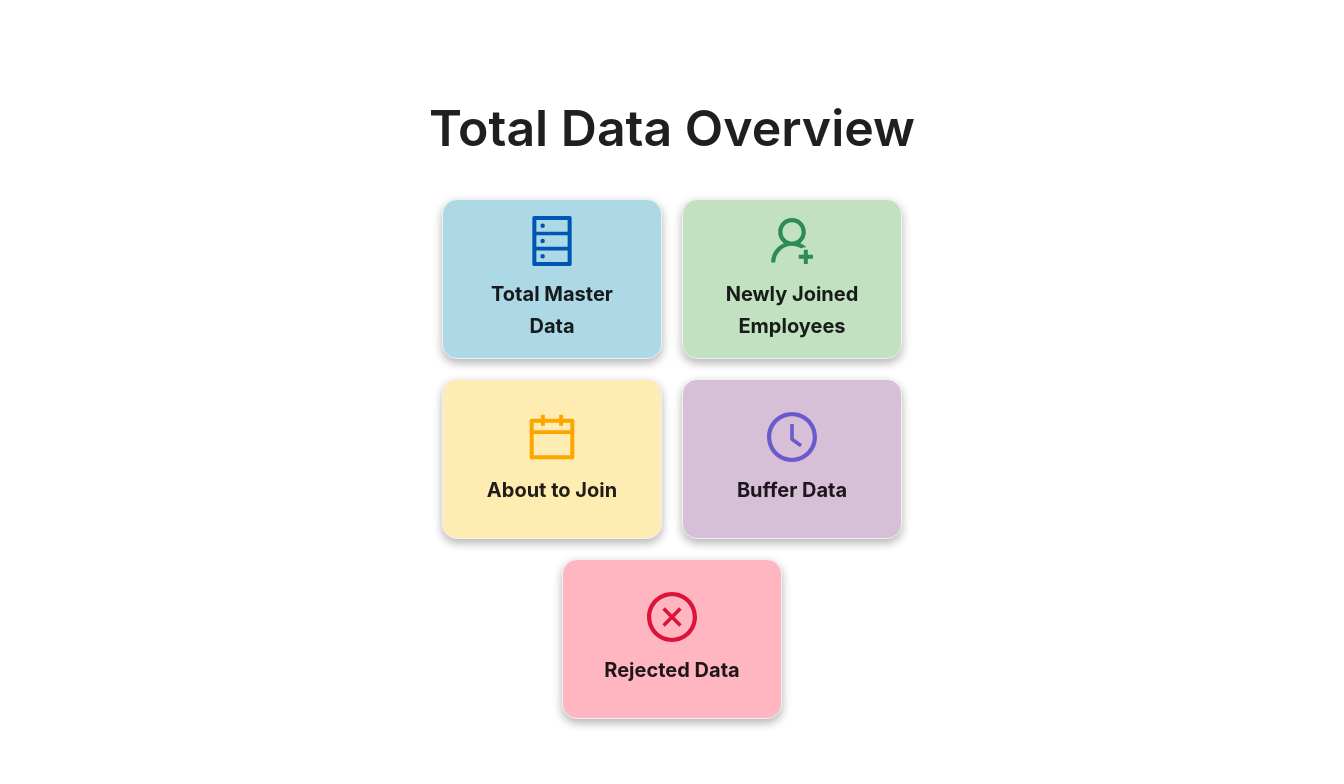
Repository: Moqueed/Delta_Iot
Page: /total-data (app in client/)
The author's editor kept a copy of each file at every save. The page is drawn from the files as they stood at one save, then again after the next save.
The browser window is 1280 px wide. The page is 1344 px wide, so the pictures cover 1344 px, including what lies to the right of the window. The pictures show the whole page.
The project was rebuilt for these pictures with package versions that can differ from the ones it lists, and the page was loaded fresh each time. Also part of the build but not shown: client/vite.config.js, client/src/api/index.js, client/src/api/users.js, client/src/pages/Register/index.jsx, client/src/pages/Login/index.jsx, client/src/components/ProtectedRoute.jsx, client/src/pages/HR/HRDashboard.jsx, client/src/pages/Admin/AdminDashboard.jsx.

Above is the page before, as saved 2025-03-13 23:05:49.

### client/src/App.jsx
import { Route, Routes } from "react-router-dom";
import "./App.css";
import RegisterPage from "./pages/Register";
import LoginPage from "./pages/Login";
import ProtectedRoute from "./components/ProtectedRoute";
import HRDashboard from "./pages/HR/HRDashboard";
import AdminDashboard from "./pages/Admin/AdminDashboard";
import TotalDataPage from "./pages/HR/TotalDataPage";

function App() {
  return (
    <>
      <Routes>
        <Route path="/register" element={<RegisterPage />} />
        <Route path="/login" element={<LoginPage />} />
        <Route
          path="/hr-dashboard"
          element={
            <ProtectedRoute role="HR">
              <HRDashboard />
            </ProtectedRoute>
          }
        />
        <Route
          path="/admin-dashboard"
          element={
            <ProtectedRoute role="Admin">
              <AdminDashboard />
            </ProtectedRoute>
          }
        />
        <Route path="*" element={<LoginPage />} />
        <Route path="/total-data" element={<TotalDataPage/>}/>
      </Routes>
    </>
  );
}

export default App;

### client/src/pages/HR/TotalDataPage.jsx
import React from "react";
import { Card, Typography } from "antd";
import { DatabaseOutlined, UserAddOutlined, CalendarOutlined, ClockCircleOutlined, CloseCircleOutlined } from "@ant-design/icons";

const { Title } = Typography;

const TotalDataPage = () => {
  const sections = [
    { title: "Total Master Data", color: "#ADD8E6", icon: <DatabaseOutlined style={{ fontSize: "50px", color: "#0056b3" }} /> },
    { title: "Newly Joined Employees", color: "#C1E1C1", icon: <UserAddOutlined style={{ fontSize: "50px", color: "#2E8B57" }} /> },
    { title: "About to Join", color: "#FFECB3", icon: <CalendarOutlined style={{ fontSize: "50px", color: "#FFA500" }} /> },
    { title: "Buffer Data", color: "#D8BFD8", icon: <ClockCircleOutlined style={{ fontSize: "50px", color: "#6A5ACD" }} /> },
    { title: "Rejected Data", color: "#FFB6C1", icon: <CloseCircleOutlined style={{ fontSize: "50px", color: "#DC143C" }} /> },
  ];

  const cardStyle = {
    width: "220px",
    height: "160px",
    display: "flex",
    flexDirection: "column",
    alignItems: "center",
    justifyContent: "center",
    borderRadius: "15px",
    boxShadow: "0 4px 10px rgba(0, 0, 0, 0.3)",
    fontWeight: "bold",
    fontSize: "20px",
    cursor: "pointer",
    transition: "transform 0.3s ease, box-shadow 0.3s ease",
  };

  const handleHover = (e) => {
    e.currentTarget.style.transform = "scale(1.1)";
    e.currentTarget.style.boxShadow = "0 8px 20px rgba(0, 0, 0, 0.5)";
  };

  const handleLeave = (e) => {
    e.currentTarget.style.transform = "scale(1)";
    e.currentTarget.style.boxShadow = "0 4px 10px rgba(0, 0, 0, 0.3)";
  };

  return (
    <div
      style={{
        height: "100vh",
        width: "100vw",
        display: "flex",
        flexDirection: "column",
        alignItems: "center",
        justifyContent: "center",
        backgroundColor: "#ffffff",
        gap: "20px",
        overflow: "hidden",
      }}
    >
      <Title level={1} style={{ marginBottom: "20px", fontSize: "50px" }}>
        Total Data Overview
      </Title>

      <div style={{
        display: "grid",
        gridTemplateColumns: "1fr 1fr",
        gridTemplateRows: "1fr 1fr 1fr",
        gap: "20px",
        justifyItems: "center",
        alignItems: "center"
      }}>
        {sections.map((section, index) => (
          <Card
            key={index}
            style={{ ...cardStyle, backgroundColor: section.color, gridColumn: index === 4 ? "1 / 3" : "auto" }}
            onMouseEnter={handleHover}
            onMouseLeave={handleLeave}
          >
            {section.icon}
            <div style={{ marginTop: "10px" }}>{section.title}</div>
          </Card>
        ))}
      </div>
    </div>
  );
};

export default TotalDataPage;

Loaded but not shown: client/index.html (common file); client/src/main.jsx (common file); client/src/index.css (common file); client/src/App.css (common file)

After the next save:
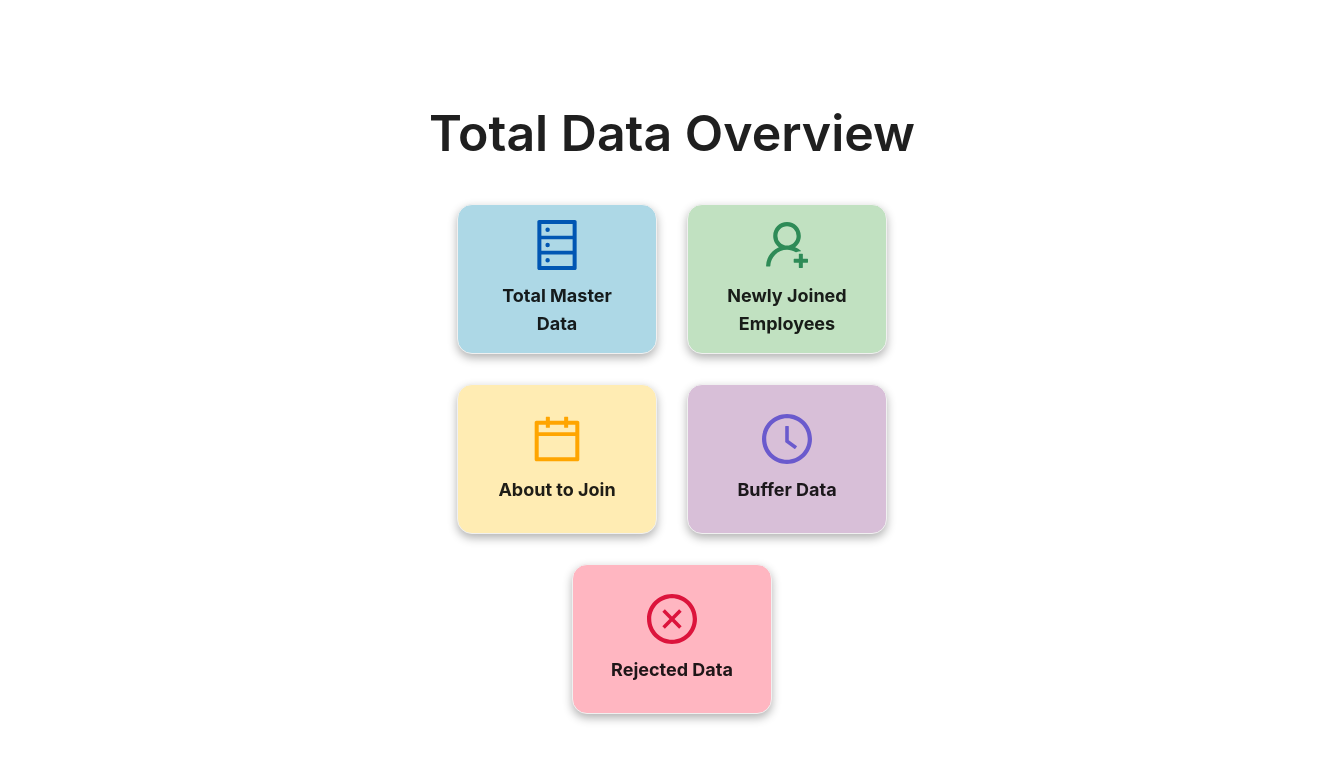
Saved 110 s later.
--- a/client/src/pages/HR/TotalDataPage.jsx
+++ b/client/src/pages/HR/TotalDataPage.jsx
@@ -14,8 +14,8 @@ const TotalDataPage = () => {
   ];
 
   const cardStyle = {
-    width: "220px",
-    height: "160px",
+    width: "200px",
+    height: "150px",
     display: "flex",
     flexDirection: "column",
     alignItems: "center",
@@ -23,7 +23,7 @@ const TotalDataPage = () => {
     borderRadius: "15px",
     boxShadow: "0 4px 10px rgba(0, 0, 0, 0.3)",
     fontWeight: "bold",
-    fontSize: "20px",
+    fontSize: "18px",
     cursor: "pointer",
     transition: "transform 0.3s ease, box-shadow 0.3s ease",
   };
@@ -60,7 +60,7 @@ const TotalDataPage = () => {
         display: "grid",
         gridTemplateColumns: "1fr 1fr",
         gridTemplateRows: "1fr 1fr 1fr",
-        gap: "20px",
+        gap: "30px",
         justifyItems: "center",
         alignItems: "center"
       }}>
